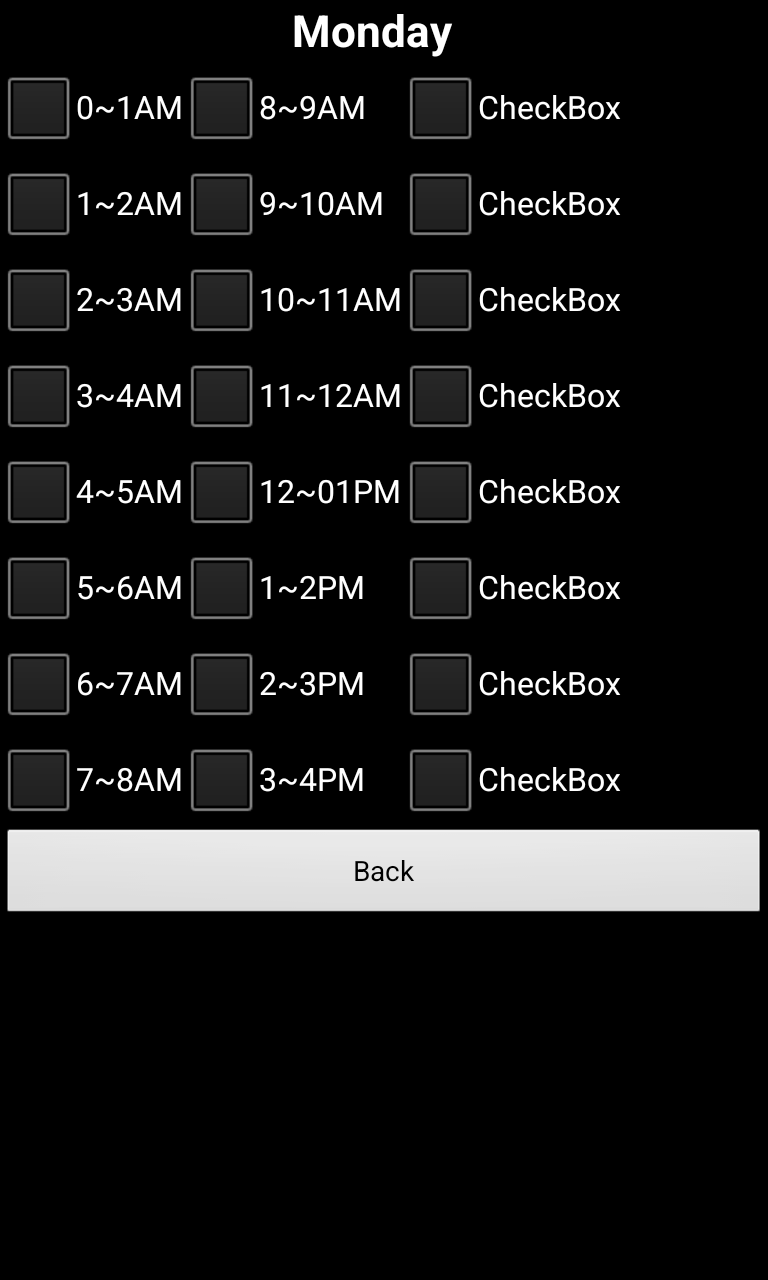
Repository: shaunkitch/android-survey
Layout: Android/Survey/res/layout/main2.xml
An editor plug-in stored every save of this project. The layout is shown before and after the next save, followed by the edit.
It is drawn on a 768 x 1280 px phone screen (xhdpi) without system bars, with theme android:Theme; the app's code is not run.

Above is the layout before, as saved 2012-05-09 21:27:09.

After the next save:
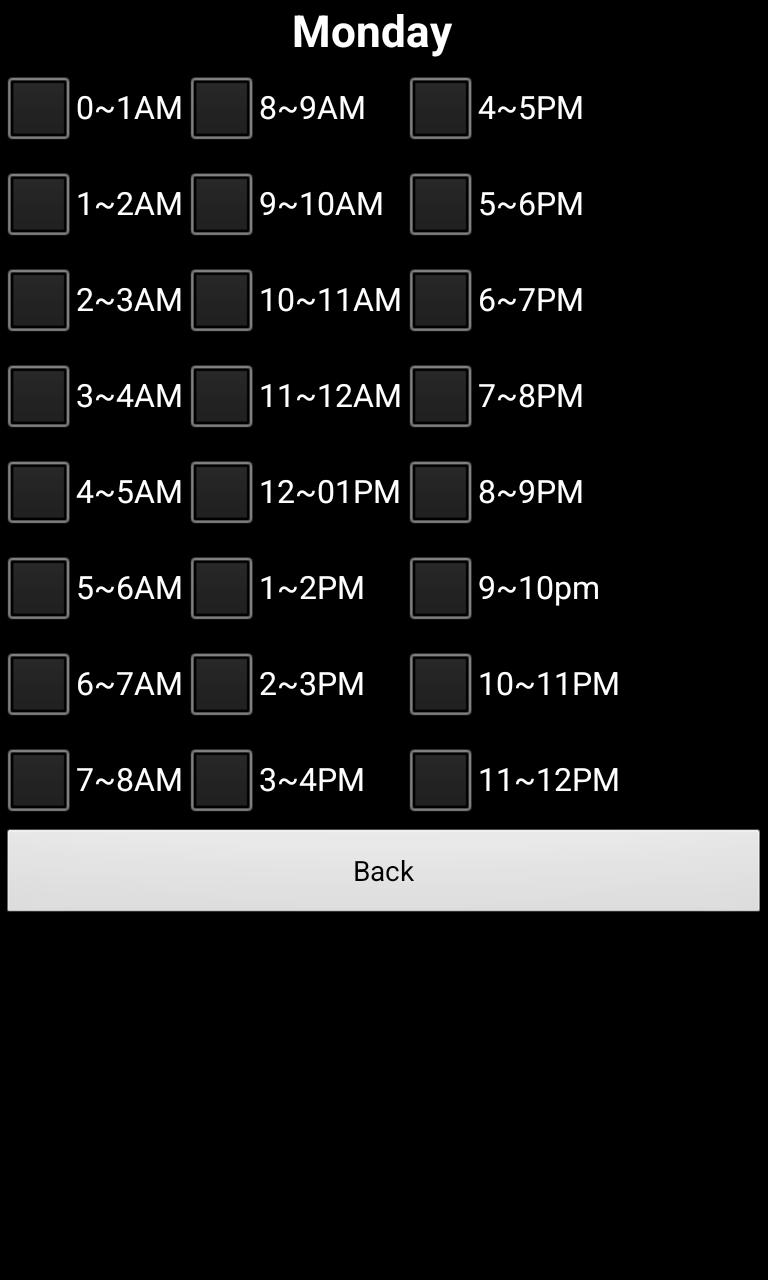
Saved 4 s later.
--- a/Android/Survey/res/layout/main2.xml
+++ b/Android/Survey/res/layout/main2.xml
@@ -38,7 +38,7 @@
             android:id="@+id/checkBox17"
             android:layout_width="wrap_content"
             android:layout_height="wrap_content"
-            android:text="CheckBox" />
+            android:text="@string/hr1617" />
 
     </TableRow>
 
@@ -63,7 +63,7 @@
             android:id="@+id/checkBox18"
             android:layout_width="wrap_content"
             android:layout_height="wrap_content"
-            android:text="CheckBox" />
+            android:text="@string/hr1718" />
 
     </TableRow>
 
@@ -88,7 +88,7 @@
             android:id="@+id/checkBox19"
             android:layout_width="wrap_content"
             android:layout_height="wrap_content"
-            android:text="CheckBox" />
+            android:text="@string/hr1819" />
 
     </TableRow>
 
@@ -113,7 +113,7 @@
             android:id="@+id/checkBox20"
             android:layout_width="wrap_content"
             android:layout_height="wrap_content"
-            android:text="CheckBox" />
+            android:text="@string/hr1920" />
 
     </TableRow>
 
@@ -138,7 +138,7 @@
             android:id="@+id/checkBox21"
             android:layout_width="wrap_content"
             android:layout_height="wrap_content"
-            android:text="CheckBox" />
+            android:text="@string/hr2021" />
 
     </TableRow>
 
@@ -163,7 +163,7 @@
             android:id="@+id/checkBox22"
             android:layout_width="wrap_content"
             android:layout_height="wrap_content"
-            android:text="CheckBox" />
+            android:text="@string/hr2122" />
 
     </TableRow>
 
@@ -188,7 +188,7 @@
             android:id="@+id/checkBox23"
             android:layout_width="wrap_content"
             android:layout_height="wrap_content"
-            android:text="CheckBox" />
+            android:text="@string/hr2223" />
 
     </TableRow>
 
@@ -213,7 +213,7 @@
             android:id="@+id/checkBox24"
             android:layout_width="wrap_content"
             android:layout_height="wrap_content"
-            android:text="CheckBox" />
+            android:text="@string/hr2324" />
 
     </TableRow>
 
